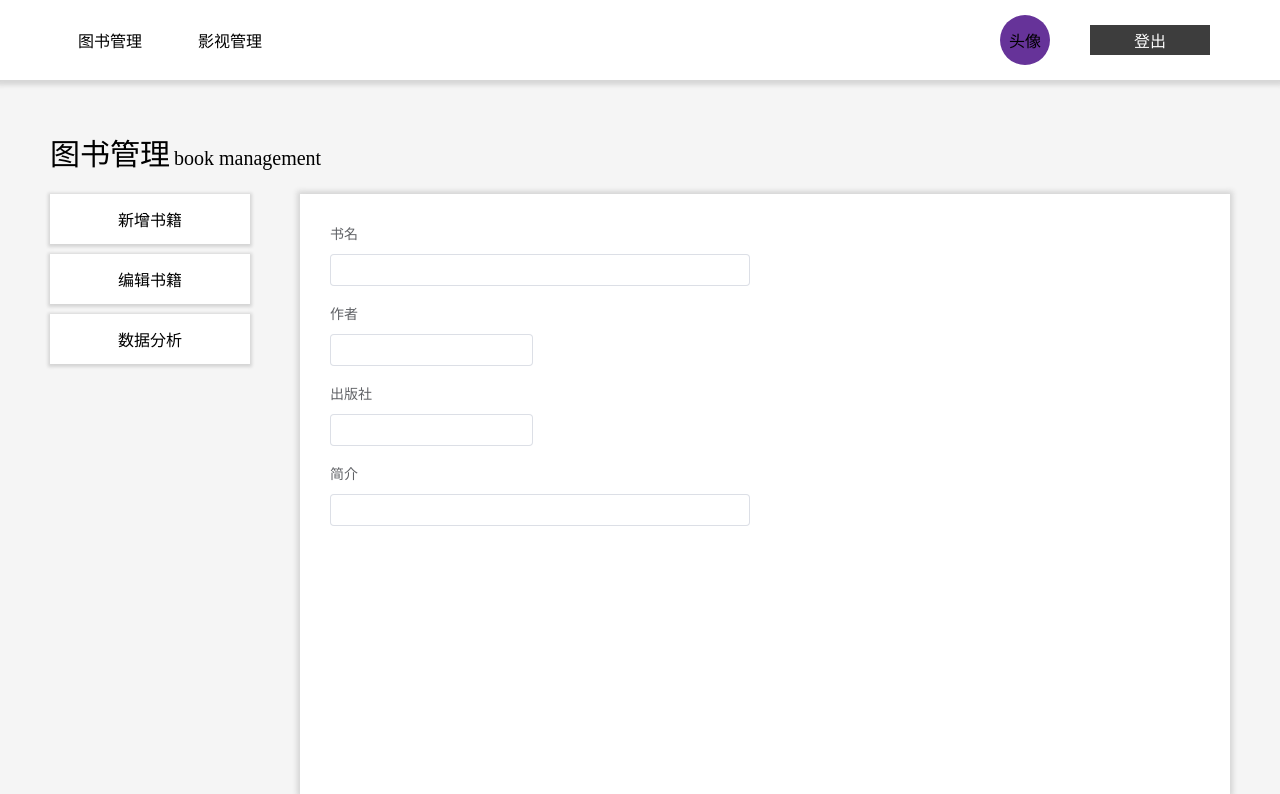
Repository: quanwangniuniu/Oasis-Reading-Platform
Page: /#/admin/books (app in Vue-frontend/)
These files come from the project's save history. The page is drawn as it stood at one moment and after the next save; the edit follows.
The browser window is 1280 px wide. The pictures show the whole page.
Some web fonts or font styles are not loaded; a fallback is used. The project was rebuilt for these pictures with package versions that can differ from the ones it lists, and the page was loaded fresh each time. Also part of the build but not shown: Vue-frontend/vite.config.js, Vue-frontend/src/components/Test.vue, Vue-frontend/src/components/user/books/BookCard.vue, Vue-frontend/src/components/axios/config.js, Vue-frontend/src/components/axios/api.js, Vue-frontend/src/components/user/books/Books.vue, Vue-frontend/src/components/user/movies/Favourites.vue, Vue-frontend/src/components/user/explore/Explore.vue and 10 more.

Above is the page before, as saved 2023-04-13 16:07:56.

After the next save:
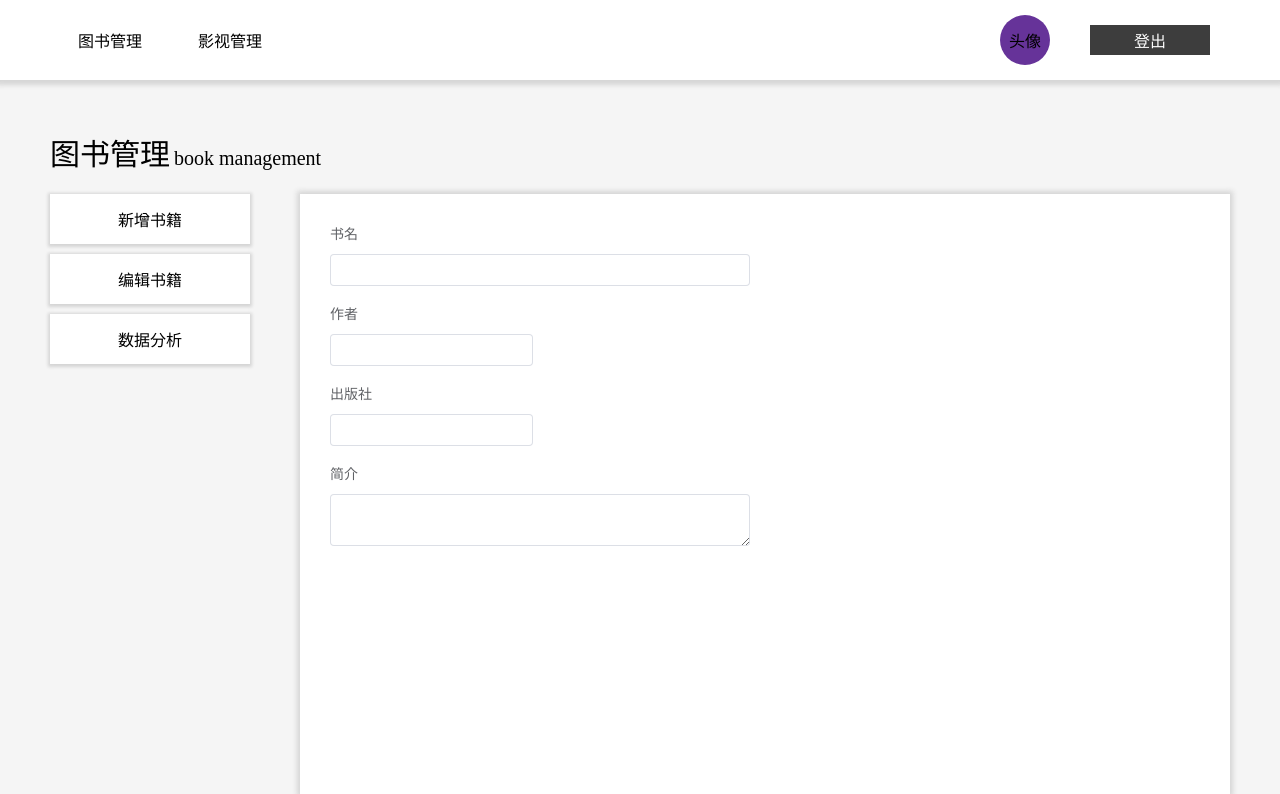
Saved 9 s later.
--- a/Vue-frontend/src/components/admin/bookManagement/BookManagement.vue
+++ b/Vue-frontend/src/components/admin/bookManagement/BookManagement.vue
@@ -45,8 +45,8 @@ const bookItem = ref({
             <el-form-item label="出版社">
               <el-input v-model="bookItem.publisher" />
             </el-form-item>
-            <el-form-item label="简介" type="textarea" style="height:200px;width:420px">
-              <el-input v-model="bookItem.description" />
+            <el-form-item label="简介" style="height:200px;width:420px">
+              <el-input v-model="bookItem.description" type="textarea"/>
             </el-form-item>
           </el-form>
         </div>
